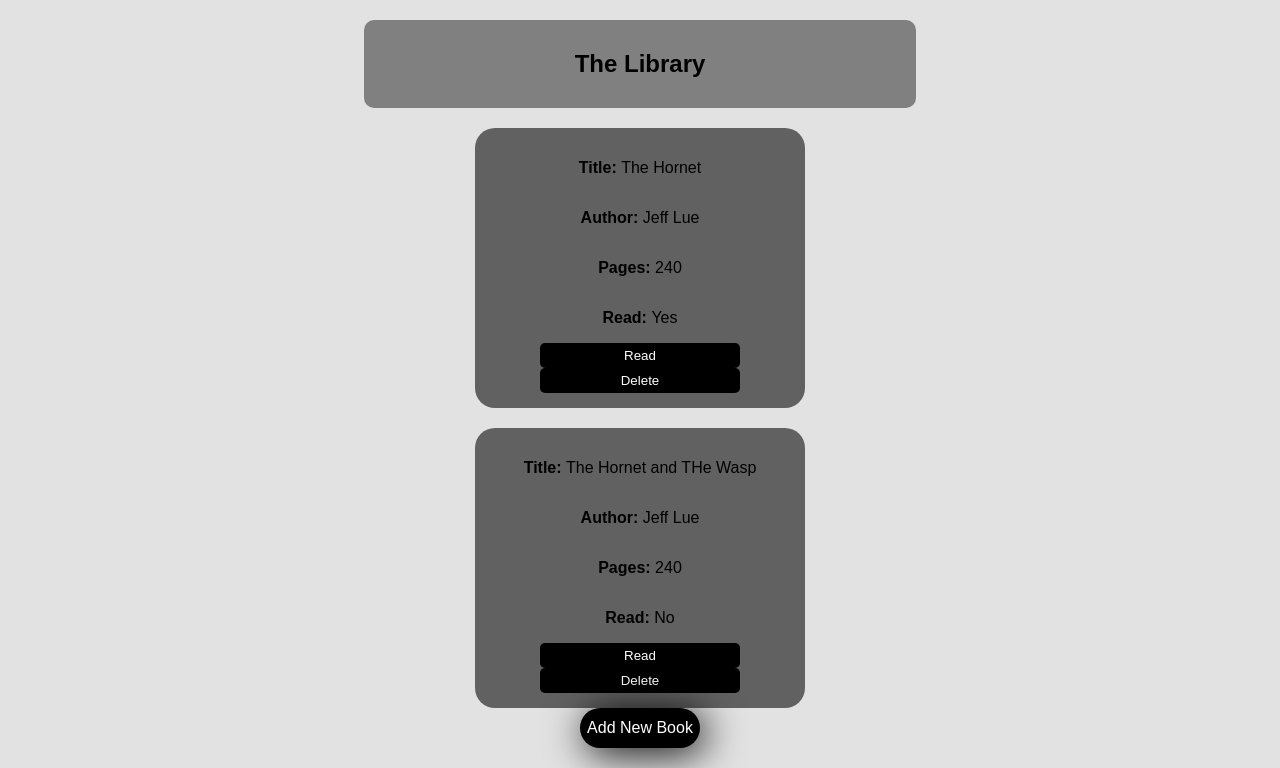
Repository: ErvinClay13/Library
Page: index.html
An editor plug-in stored every save of this project. The page is shown before and after the next save, followed by the edit.
The browser window is 1280 px wide. The pictures show the whole page.

Above is the page before, as saved 2025-01-11 05:06:57.

### index.html
<!DOCTYPE html>
<html lang="en">
<head>
    <meta charset="UTF-8">
    <meta name="viewport" content="width=device-width, initial-scale=1.0">
    <link rel="stylesheet" href="style.css">
    <link
      rel="icon"
      type="image/png"
      sizes="32x32"
      href="images/myLogo.png"
    />
    <title>The Library</title>
</head>
<body>
    <div class="container">
        <div class="heading">
            <h2>The Library</h2>
        </div>

            <div class="content" id="content"></div>

            <dialog id="myDialog">
                <div class="input">
                <form method="dialog" id="form">
                    <label for="title">Title</label>
                    <input type="text"
                           id="title"
                           name="title"
                           required>

                    <label for="author">Author</label>
                    <input type="text"
                           id="author"
                           name="author"
                           required>

                    <label for="pages">Pages</label>
                    <input type="number"
                           id="pages"
                           name="pages"
                           required>

                    <label for="read">Read</label>
                    <input type="checkbox"
                           name="read"
                           id="isRead">

                    <button type="submit" id="submit">Submit</button>
                    <div class="cancel" id="cancel">Cancel</div>


                </form>
            </div>
        </dialog>
        <footer><button id="addBook">Add New Book</button></footer>
    </div>

    <script src="script.js"></script>
</body>
</html>

### style.css
body {
    display: flex;
    justify-content: center;
    align-items: center;
    flex-direction: column;
    /* background-color: white; */
    background-color: rgb(226, 226, 226);
    margin: 0;
    font-family: Arial, sans-serif;
}

.container {
    display: flex;
    flex-direction: column;
    align-items: center;
    padding: 20px;
}

.heading {
    display: flex;
    justify-content: space-between;
    justify-content: center;
    background-color: gray;
    /* background-color: #42669df5; */
    /* box-shadow: 5px 5px 40px #0055d4f5; */
    width: 100%;
    max-width: 800px;
    padding: 10px 20px;
    border-radius: 10px;
    margin-bottom: 20px;
}

#addBook {
    /* background-color: #03409af5; */
    background-color: black;
    box-shadow: 5px 5px 40px black;
    height: 40px;
    width: 120px;
    border-radius: 20px;
    border: none;
    font-size: 16px;
    color: white;
    cursor: pointer;
}

#addBook:hover {
    transform: scale(1.1);
    box-shadow: 2px 5px 40px black;
}

#content {
    display: flex;
    flex-wrap: wrap;
    gap: 20px;
    justify-content: center;
    width: 100%;
}

.card {
    display: flex;
    flex-direction: column;
    justify-content: space-between;
    text-align: center;
    border-radius: 20px;
    padding: 15px;
    /* background-color: #42669df5; */
    background-color: rgb(97, 97, 97);
    width: 100%;
    max-width: 300px;
    /* box-shadow: 5px 15px 40px #0055d4f5; */
    box-shadow: ;
    align-items: center;
}

.card-details {
    margin-bottom: 10px;
}

.read, .delete {
    flex: 1;
    padding: 5px 10px;
    border: none;
    border-radius: 5px;
    color: white;
    background-color: black;
    /* background-color: #03409af5; */
    cursor: pointer;
    width: 200px;
}

.read:hover, .delete:hover {
    background-color: #254a81f5;
}

.read:active, .delete:active {
    background-color: #42669df5;
}

dialog {
    background-color: #fefefe;
    padding: 20px;
    border: none;
    border-radius: 10px;
    box-shadow: 0px 5px 15px rgba(0, 0, 0, 0.5);
}

form {
    display: flex;
    flex-direction: column;
    gap: 10px;
}

input[type="text"], input[type="number"] {
    padding: 5px;
    border-radius: 5px;
    border: 1px solid #ccc;
}

button {
    cursor: pointer;
}

/* Responsive Styles */
@media (max-width: 768px) {
    .heading {
        flex-direction: column;
        align-items: center;
    }

    #content {
        gap: 15px;
    }

    .card {
        max-width: 100%;
    }
}

### script.js
const dialog = document.getElementById('myDialog');
const form = document.getElementById('form');
const content = document.getElementById('content');
const submit = document.getElementById('submit');
const addBook = document.getElementById('addBook');
const cancel = document.getElementById('cancel');

const myLibrary = [];

const theHornet = new Book('The Hornet', 'Jeff Lue', 240, true);
const theHornetAndTheWasp = new Book('The Hornet and THe Wasp', 'Jeff Lue', 240, false);

myLibrary.push(theHornet);
myLibrary.push(theHornetAndTheWasp);


function Book(title, author, pages, read) {
    this.title = title;
    this.author = author;
    this.pages = pages;
    this.read = read;
}

Book.prototype.info = function() {
    return `${this.title} ${this.author} ${this.pages} ${this.read}`;
}


Book.prototype.toggleRead = function() {
    this.read = !this.read;
}



addBook.addEventListener("click", () => {
    dialog.showModal();
});

cancel.addEventListener("click", () => {
    dialog.close();
});

submit.addEventListener("click", (event) => {
    event.preventDefault();

    const title = document.getElementById('title').value;
    const author = document.getElementById('author').value;
    const pages = document.getElementById('pages').value;
    const read = document.getElementById('isRead').checked;

    const newBook = new Book(title, author, pages, read);
    myLibrary.push(newBook);

    form.reset();
    showBooks();
    dialog.close();
});

function showBooks() {

    content.innerHTML = '';

    myLibrary.forEach((book, index) => {                   //going through the array myLibrary
        const card = document.createElement('div');        //creating a new card for each book created through the modal
        card.classList.add('card');                        //adding card to the class

        card.innerHTML =                                      //creating the text that will be displayed on the card
            `<p><strong>Title: </strong>${book.title}</p>
             <p><strong>Author: </strong>${book.author}</p>
             <p><strong>Pages: </strong>${book.pages}</p>
             <p><strong>Read: </strong>${book.read ? 'Yes' : 'No'}</p>`;   //using the user input to create the new book on the card

        const deleteBtn = document.createElement('button');
        deleteBtn.classList.add('delete');
        deleteBtn.textContent = ('Delete');

        deleteBtn.addEventListener("click", () => {
            myLibrary.splice(index, 1);
            showBooks();
        });

        const read = document.createElement('button');
        read.classList.add('read');
        read.textContent = ('Read');

        read.addEventListener("click", () => {
            book.toggleRead();
            showBooks();
        });

        card.appendChild(read);
        card.appendChild(deleteBtn);
        content.appendChild(card);


    })
}

showBooks();

After the next save:
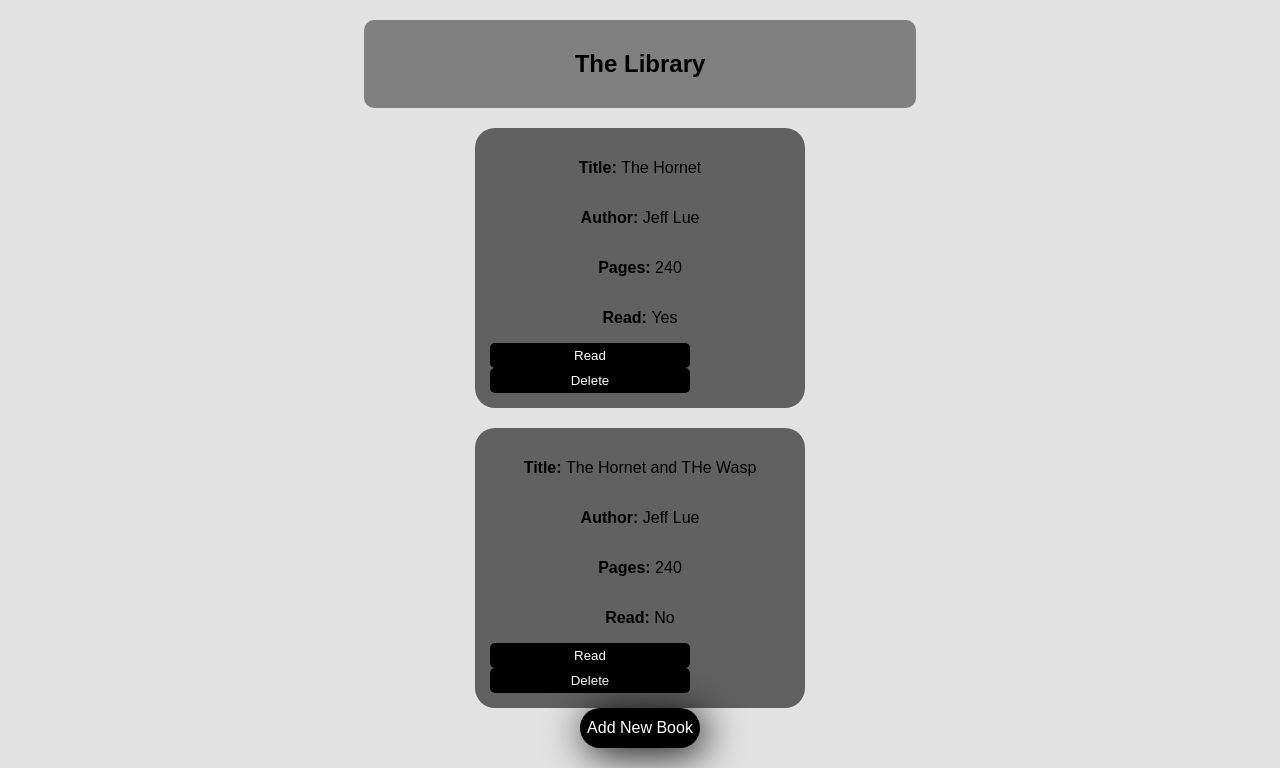
Saved 29 s later.
--- a/style.css
+++ b/style.css
@@ -68,7 +68,7 @@ body {
     width: 100%;
     max-width: 300px;
     /* box-shadow: 5px 15px 40px #0055d4f5; */
-    box-shadow: ;
+    box-shadow: 5px 15px 40px
     align-items: center;
 }
 
